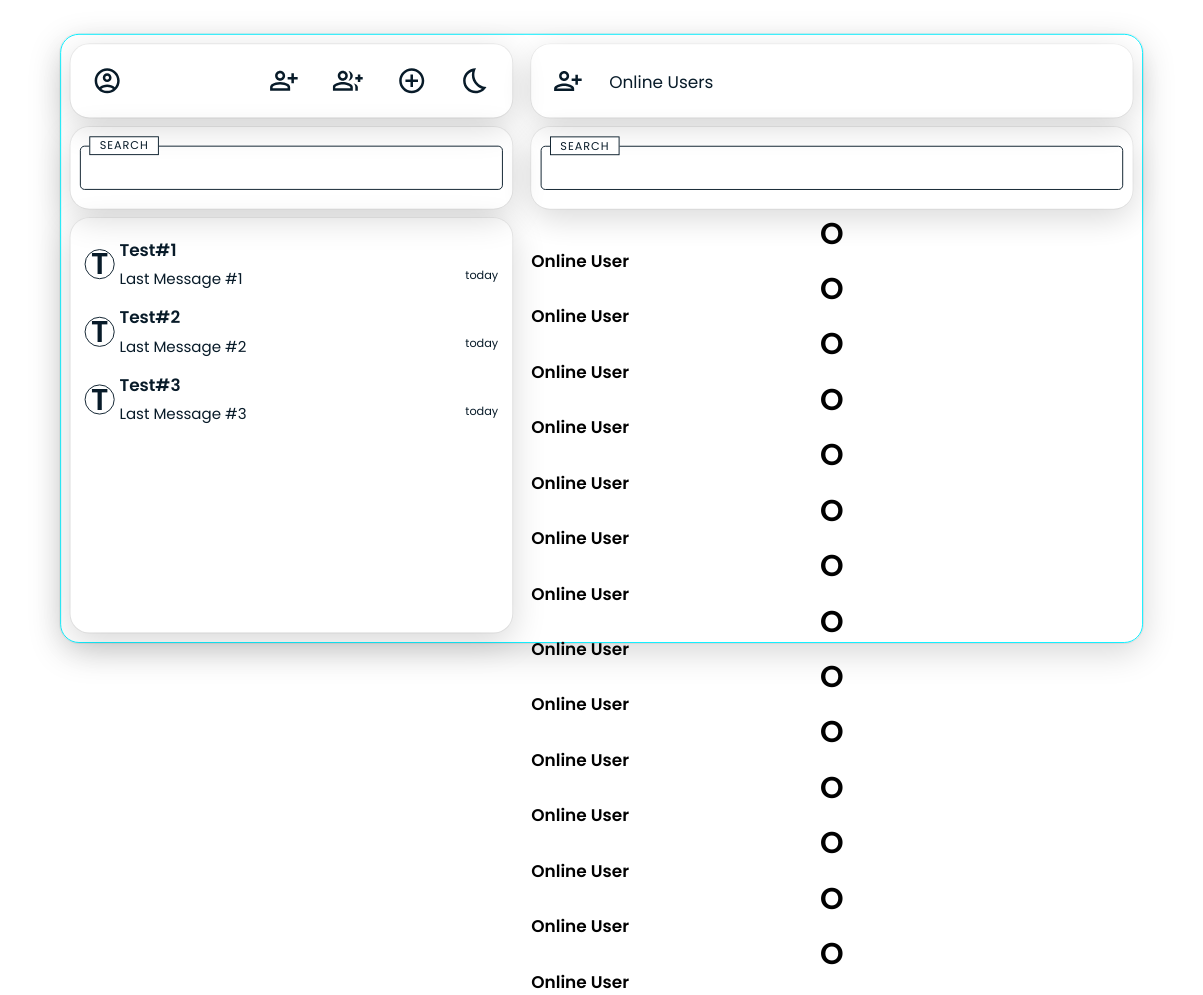
Repository: swastikjhacoder/mern-chat-frontend-only
Page: /users
An editor plug-in stored every save of this project. The page is shown before and after the next save, followed by the edit.
The browser window is 1280 px wide. The pictures show the whole page, at 94% of full size.
An inner scrolling area shows only its first screen. The project was rebuilt for these pictures with package versions that can differ from the ones it lists, and the page was loaded fresh each time. Also part of the build but not shown: src/components/loginSignup/Login.jsx, src/components/chat/MessageOthers.jsx, src/components/chat/MessageSelf.jsx, src/components/chat/ChatContainer.jsx. Imported but missing from the stored project, and not drawn on this page: src/components/loginSignup/SignUp.

Above is the page before, as saved 2023-09-21 22:49:20.

### src/index.js
import React from "react";
import ReactDOM from "react-dom/client";
import "./index.css";
import App from "./App";
import { BrowserRouter } from "react-router-dom";
import { Provider } from "react-redux";
import { store } from "./redux/store";

const root = ReactDOM.createRoot(document.getElementById("root"));
root.render(
  <React.StrictMode>
    <Provider store={store}>
      <BrowserRouter>
        <App />
      </BrowserRouter>
    </Provider>
  </React.StrictMode>
);

### src/index.css
@import url('https://fonts.googleapis.com/css2?family=Poppins:ital,wght@0,100;0,200;0,300;0,400;0,500;0,600;0,700;0,800;0,900;1,400&display=swap');

:root {
  --border-color: #0ef;
  --body-color: #081b29;
  --container-default-color: #fff;
  --self-message-background-color: #63d7b0;
  --other-message-background-color: #e2e4e3;
  --box-shadow: rgba(0, 0, 0, 0.16) 0px 10px 36px 0px, rgba(0, 0, 0, 0.06) 0px 0px 0px 1px;

  --large-font-size: 32px;
  --medium-font-size: 18px;
  --normal-font-size: 16px;
  --small-font-size: 12px;
  --tiny-font-size: 10px;

  --bolder-font-weight: 600;
}

::-webkit-scrollbar {
  width: 6px !important;
  height: 6px !important;
}

::-webkit-scrollbar-track {
  background: hsla(0, 0%, 100%, -1);
}

::-webkit-scrollbar-thumb {
  background: rgba(0, 0, 0, 0.2);
}


* {
  margin: 0;
  padding: 0;
  box-sizing: border-box;
  font-family: 'Poppins', sans-serif;
}

body {
  display: flex;
  flex-direction: column;
  justify-content: center;
  align-items: center;
}

.app-container {
  display: flex;
  width: 100vw;
  height: 100vh;
  flex-direction: column;
  justify-content: center;
  align-items: center;
}

.container {
  display: flex;
  flex-direction: row;
  gap: 10px;
  width: 90vw;
  height: 90vh;
  border-radius: 20px;
  border: 1px solid var(--border-color);
  box-shadow: var(--box-shadow);
}

.left-sidebar-container {
  display: flex;
  flex-direction: column;
  flex: 0.3;
  padding: 10px;
}

.sb-header {
  display: flex;
  flex-direction: row;
  border-radius: 20px;
  justify-content: space-between;
  padding: 5px;
  box-shadow: var(--box-shadow);
}

.sb-header >div {
  width: max-content;
}

.icon {
  font-size: var(--large-font-size) !important;
  margin: 10px;
}

.sb-search {
  display: flex;
  flex-direction: row;
  width: 100%;
  padding: 10px;
  margin-top: 10px;
  border-radius: 20px;
  box-shadow: var(--box-shadow);
}

.input-box {
  position: relative;
  width: 450px;
  margin: 10px 0;
}

.input-box input {
  width: 100%;
  padding: 10px;
  background: transparent;
  border-radius: 5px;
  color: var(--body-color);
  outline: none;
  font-size: var(--title-text-size);
}

.input-box span {
  position: absolute;
  left: 0;
  padding: 0 10px;
  pointer-events: none;
  font-size: var(--small-font-size);
  text-transform: uppercase;
  letter-spacing: 1px;
  transform: translateX(10px) translateY(-10px);
}

.sb-conversations {
  background-color: var(--container-color);
  border-radius: 20px;
  padding: 10px 5px;
  margin-top: 10px;
  flex: 1;
  overflow-y: scroll;
  box-shadow: var(--box-shadow);
}

.conversation-container {
  display: grid;
  grid-template-columns: 32px auto auto;
  grid-template-rows: auto auto;
  column-gap: 10px;
  padding: 5px;
  gap: 5px;
  margin: 5px;
  border-radius: 20px;
  transition-duration: .5s;
}

.con-icon {
  grid-area: 1/1/3/2;
  display: flex;
  justify-content: center;
  align-items: center;
  font-size: var(--large-font-size);
  font-weight: var(--bolder-font-weight);
  height: 32px;
  width: 32px;
  padding: 2px;
  border-radius: 50%;
  justify-self: center;
  align-self: center;
}

.con-title {
  grid-area: 1/2/2/4;
  font-weight: var(--bolder-font-weight);
  font-size: var(--medium-font-size);
}

.con-lastMessage {
  font-size: var(--normal-font-size);
}

.con-timeStamp {
  justify-self: flex-end;
  font-size: var(--small-font-size);
}

.right-sidebar-container {
  flex: .7;
  display: flex;
  flex-direction: column;
  gap: 10px;
  padding: 10px 10px 10px 0;
}

.chat-header {
  display: flex;
  justify-content: space-between;
  column-gap: 10px;
  padding: 10px;
  border-radius: 20px;
  box-shadow: var(--box-shadow);
}

.chat-header-info {
  display: flex;
  flex-direction: row;
  justify-content: center;
  align-items: center;
  gap: 10px;
}

.chat-message {
  flex: 1;
  background-color: var(--container-color);
  border-radius: 20px;
  padding: 20px 40px;
  overflow-y: scroll;
  box-shadow: var(--box-shadow);
}

.chat-input {
  display: flex;
  flex-direction: row;
  justify-content: space-between;
  align-items: center;
  border-radius: 20px;
  padding: 10px;
  box-shadow: var(--box-shadow)
}

.self-message-container {
  display: flex;
  justify-content: flex-end;
}

.self-message {
  display: flex;
  flex-direction: column;
  background-color: var(--self-message-background-color);
  width: max-content;
  padding: 10px 10px;
  margin: 5px;
  border-radius: 20px;
}
.self-title {
  font-weight: var(--bolder-font-weight);
  font-size: var(--medium-font-size);
}

.self-message {
  font-size: var(--normal-font-size);
}

.self-timestamp {
  margin-left: auto;
  font-size: var(--small-font-size);
}

.other-message-container {
  display: flex;
  justify-content: flex-start;
  flex-direction: row;
  gap: 5px;
  width: max-content;
  padding: 10px 10px;
  margin: 5px;
  border-radius: 20px;
}

.other-icon {
  display: flex;
  justify-content: center;
  align-items: center;
  font-size: var(--large-font-size);
  font-weight: var(--bolder-font-weight);
  height: 32px;
  width: 32px;
  padding: 2px;
  border-radius: 50%;
  justify-self: center;
  align-self: center;
}

.other-text-content {
  display: flex;
  flex-direction: column;
  background-color: var(--other-message-background-color);
  padding: 10px 10px;
  border-radius: 20px;
}

.other-title {
  font-weight: var(--bolder-font-weight);
  font-size: var(--medium-font-size);
}

.other-message {
  font-size: var(--normal-font-size);
}

.other-timestamp {
  margin-left: auto;
  font-size: var(--small-font-size);
}

.online-users-header {
  border-radius: 20px;
  display: flex;
  gap: 10px;
  padding: 5px;
  font-size: var(--medium-font-size);
  box-shadow: var(--box-shadow);
  align-items: center;
}

.online-users-search {
  display: flex;
  flex-direction: row;
  width: 100%;
  padding: 10px;
  border-radius: 20px;
  box-shadow: var(--box-shadow);
}

.ou-conversations {
  background-color: var(--container-color);
  border-radius: 20px;
  padding: 10px 5px;
  margin: 10px;
  flex: 1;
  overflow-y: scroll;
  box-shadow: var(--div-shadow);
}

.online-users-container {
  display: flex;
  flex: 1;
  gap: 5px;
  background-color: var(--container-color);
  border-radius: 20px;
  padding: 20px 40px;
  overflow-y: scroll;
  margin-bottom: 10px;
  box-shadow: var(--div-shadow);
  cursor: pointer;
  transition-duration: .5s;
}

### src/App.js
// import { Button } from "@mui/material";
// import React from "react";
// import { useSelector, useDispatch } from "react-redux";
// import { toggleDarkMode, addUser, removeUser } from './redux/liveChatSlice';

// function App() {
//   const dispatch = useDispatch();
//   const mode = useSelector((state) => state.liveChat.mode);
//   const userInfo = useSelector((state) => state.liveChat.userInfo);
//   const background = useSelector( ( state ) => state.liveChat.background );
//   console.log(mode);
//   console.log(userInfo);
//   console.log(background);
//   return (
//     <>
//       <Button onClick={() => dispatch(toggleDarkMode())}>Click Me</Button>
//     </>
//   );
// }

// export default App;

import React from "react";
import { useSelector } from "react-redux";
import "./index.css";
import { Routes, Route } from "react-router-dom";
import MainContainer from "./components/MainContainer";
import Login from "./components/loginSignup/Login";
import SignUp from "./components/loginSignup/SignUp";
import ChatContainer from "./components/chat/ChatContainer";
import OnlineUsersGroup from "./components/chat/OnlineUsersGroup";

const App = () => {
  const background = useSelector((state) => state.liveChat.background);
  // console.log(background);
  return (
    <>
      <div style={{ backgroundColor: background }} className="app-container">
        <Routes>
          <Route path="/" element={<MainContainer />}>
            <Route path="login" element={<Login />} />
            <Route path="signup" element={<SignUp />} />
            <Route path="chat" element={<ChatContainer />} />
            <Route path="users" element={<OnlineUsersGroup />} />
          </Route>
        </Routes>
      </div>
    </>
  );
};

export default App;

### src/redux/store.js
import { configureStore } from '@reduxjs/toolkit';
import liveChatReducer from './liveChatSlice';

export const store = configureStore({
  reducer: {
    liveChat: liveChatReducer,
  },
});

### src/components/MainContainer.jsx
import React from "react";
import { Outlet } from "react-router-dom";
import SideBar from "./chat/SideBar";
// import { useSelector } from "react-redux";
// import Login from "./loginSignup/Login";

const MainContainer = () => {
  // const user = useSelector((state) => state.liveChat.userInfo);
  // console.log(user);
  return (
    <>
      <div className="container">
        {/*
        { user ? <SideBar/> : <Login /> }*/
        }
        <SideBar />
        <Outlet />
      </div>
    </>
  );
};

export default MainContainer;

### src/components/chat/OnlineUsersGroup.jsx
import React from "react";
import { IconButton } from "@mui/material";
import PersonAddAlt1OutlinedIcon from "@mui/icons-material/PersonAddAlt1Outlined";
import { AnimatePresence, motion } from "framer-motion";
import { useSelector } from "react-redux";
import OnlineUsers from "./OnlineUsers";

const OnlineUsersGroup = () => {
  const { background, color } = useSelector((state) => state.liveChat);
  return (
    <AnimatePresence>
      <motion.div
        initial={{ opacity: 0, scale: 0 }}
        animate={{ opacity: 1, scale: 1 }}
        exit={{ opacity: 0, scale: 0 }}
        transition={{
          ease: "anticipate",
          duration: "0.3",
        }}
        className="right-sidebar-container"
      >
        <div className="online-users-header">
          <div>
            <IconButton>
              <PersonAddAlt1OutlinedIcon
                className="icon"
                style={{ color: color }}
              />
            </IconButton>
          </div>
          <p style={{ color: color }}>Online Users</p>
        </div>
        <div className="online-users-search">
          <div className="input-box" style={{ flex: 1 }}>
            <input
              type="search"
              name="search"
              required="required"
              style={{ border: `1px solid ${color}`, color: color }}
            />
            <span
              style={{
                color: color,
                border: `1px solid ${color}`,
                background: background,
              }}
            >
              Search
            </span>
          </div>
        </div>
        <div className="online-users-list">
          <OnlineUsers />
          <OnlineUsers />
          <OnlineUsers />
          <OnlineUsers />
          <OnlineUsers />
          <OnlineUsers />
          <OnlineUsers />
          <OnlineUsers />
          <OnlineUsers />
          <OnlineUsers />
          <OnlineUsers />
          <OnlineUsers />
          <OnlineUsers />
          <OnlineUsers />
        </div>
      </motion.div>
    </AnimatePresence>
  );
};

export default OnlineUsersGroup;

### src/redux/liveChatSlice.js
import { createSlice } from "@reduxjs/toolkit";

const initialState = {
  mode: JSON.parse(localStorage.getItem("darkMode")) || false,
  userInfo: null,
  background: JSON.parse(localStorage.getItem("backgroundColor")) || "#fff",
  color: JSON.parse(localStorage.getItem("color")) || "#081b29",
};

export const liveChatSlice = createSlice({
  name: "liveChat",
  initialState,
  reducers: {
    toggleDarkMode: (state) => {
      state.mode = !state.mode;
      if (!state.mode) {
        state.background = "#fff";
        state.color = "#081b29";
      } else {
        state.background = "#081b29";
        state.color = "#fff";
      }
      localStorage.setItem("darkMode", JSON.stringify(state.mode));
      localStorage.setItem("backgroundColor", JSON.stringify(state.background));
      localStorage.setItem("color", JSON.stringify(state.color));
    },
    addUser: (state, action) => {
      state.userInfo = action.payload;
    },
    removeUser: (state) => {
      state.userInfo = null;
    },
  },
});

export const { toggleDarkMode, addUser, removeUser } =
  liveChatSlice.actions;
export default liveChatSlice.reducer;

### src/components/chat/SideBar.jsx
import React from "react";
import AccountCircleOutlinedIcon from "@mui/icons-material/AccountCircleOutlined";
import PersonAddAltOutlinedIcon from "@mui/icons-material/PersonAddAltOutlined";
import GroupAddOutlinedIcon from "@mui/icons-material/GroupAddOutlined";
import AddCircleOutlineOutlinedIcon from "@mui/icons-material/AddCircleOutlineOutlined";
import BedtimeOutlinedIcon from "@mui/icons-material/BedtimeOutlined";
import LightModeOutlinedIcon from "@mui/icons-material/LightModeOutlined";
import { useSelector, useDispatch } from "react-redux";
import { IconButton } from "@mui/material";
import { toggleDarkMode } from "../../redux/liveChatSlice";
import ConversationList from "./ConversationList";
import {useNavigate } from 'react-router-dom';

const SideBar = () =>
{
  const navigate = useNavigate();
  const dispatch = useDispatch();
  const { mode, background, color } = useSelector((state) => state.liveChat);
  const conversations = [
    {
      name: "Test#1",
      lastMessage: "Last Message #1",
      timeStamp: "today",
    },
    {
      name: "Test#2",
      lastMessage: "Last Message #2",
      timeStamp: "today",
    },
    {
      name: "Test#3",
      lastMessage: "Last Message #3",
      timeStamp: "today",
    },
  ];
  console.log(mode);
  return (
    <>
      <div className="left-sidebar-container">
        <div className="sb-header">
          <div>
            <IconButton>
              <AccountCircleOutlinedIcon
                className="icon"
                style={{ color: color }}
              />
            </IconButton>
          </div>
          <div>
            <IconButton>
              <PersonAddAltOutlinedIcon
                className="icon"
                style={ { color: color } }
                onClick={ () => { navigate( 'users' ); }}
              />
            </IconButton>
            <IconButton>
              <GroupAddOutlinedIcon className="icon" style={{ color: color }} />
            </IconButton>
            <IconButton>
              <AddCircleOutlineOutlinedIcon
                className="icon"
                style={{ color: color }}
              />
            </IconButton>
            <IconButton onClick={() => dispatch(toggleDarkMode())}>
              {mode ? (
                <LightModeOutlinedIcon
                  className="icon"
                  style={{ color: color }}
                />
              ) : (
                <BedtimeOutlinedIcon
                  className="icon"
                  style={{ color: color }}
                />
              )}
            </IconButton>
          </div>
        </div>
        <div className="sb-search">
          <div className="input-box">
            <input
              type="search"
              name="search"
              required="required"
              style={{ border: `1px solid ${color}`, color: color }}
            />
            <span
              style={{
                color: color,
                border: `1px solid ${color}`,
                background: background,
              }}
            >
              Search
            </span>
          </div>
        </div>
        <div className="sb-conversations">
          {conversations.map((conversation, index) => {
            return <ConversationList key={index} props={conversation} />;
          })}
        </div>
      </div>
    </>
  );
};

export default SideBar;

### src/components/chat/OnlineUsers.jsx
import React from "react";
import { motion } from "framer-motion";
import { useSelector } from "react-redux";

const OnlineUsers = () => {
  const { color } = useSelector((state) => state.liveChat);
  const props = { name: "Online User" };
    return (
      <motion.div
        whileHover={{ scale: 1.01 }}
        whileTap={{ scale: 0.98 }}
        className="online-user"
      >
        <p className="con-icon">{props.name[0]}</p>
        <p className="con-title">{props.name}</p>
      </motion.div>
    );
};

export default OnlineUsers;

### src/components/chat/ConversationList.jsx
import React from "react";
import { motion } from "framer-motion";
import { useNavigate} from 'react-router-dom';
import { useSelector } from "react-redux";

const ConversationList = ({ props }) => {
  const navigate = useNavigate();
  const { color } = useSelector((state) => state.liveChat);
  return (
    <>
      <motion.div
        whileHover={{ scale: 1.01, cursor: "pointer" }}
        whileTap={{ scale: 0.98 }}
        className="conversation-container"
        onClick={ () => { navigate( 'chat' ); }}
      >
        <p
          className="con-icon"
          style={{
            color: color,
            border: `1px solid ${color}`,
          }}
        >
          {props.name[0]}
        </p>
        <p className="con-title" style={{ color: color }}>
          {props.name}
        </p>
        <p className="con-lastMessage" style={{ color: color }}>
          {props.lastMessage}
        </p>
        <p className="con-timeStamp" style={{ color: color }}>
          {props.timeStamp}
        </p>
      </motion.div>
    </>
  );
};

export default ConversationList;

After the next save:
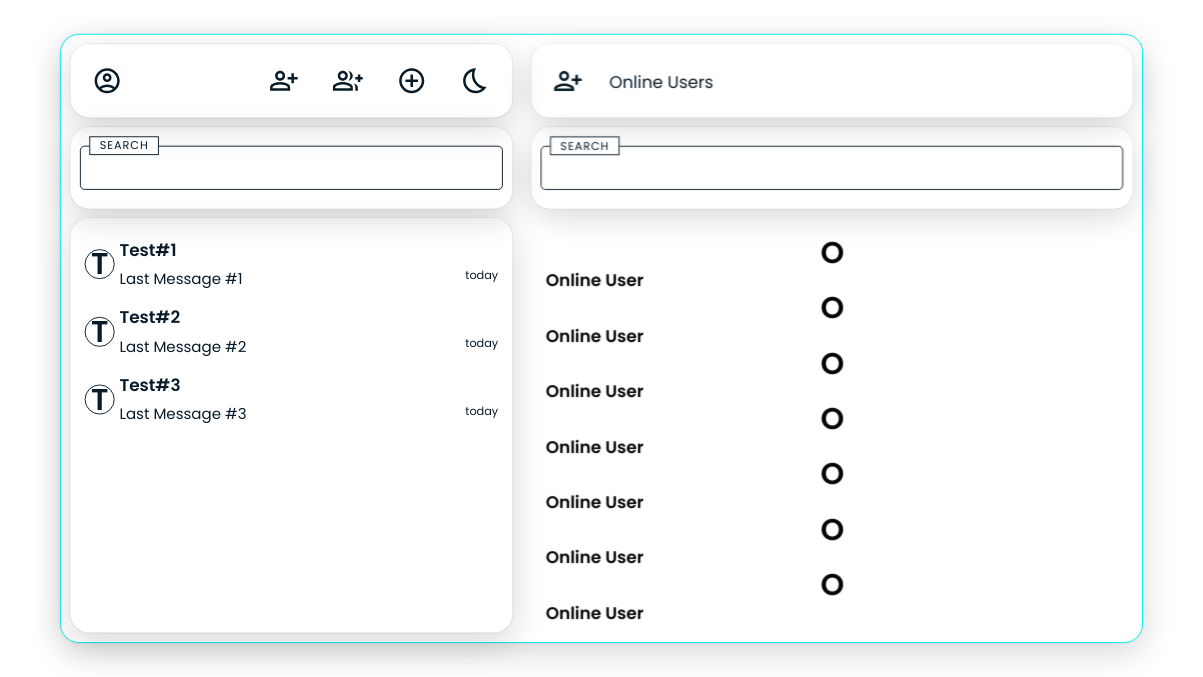
Saved 15 s later.
--- a/src/index.css
+++ b/src/index.css
@@ -317,7 +317,7 @@ body {
   box-shadow: var(--box-shadow);
 }
 
-.ou-conversations {
+.online-users-list {
   background-color: var(--container-color);
   border-radius: 20px;
   padding: 10px 5px;
